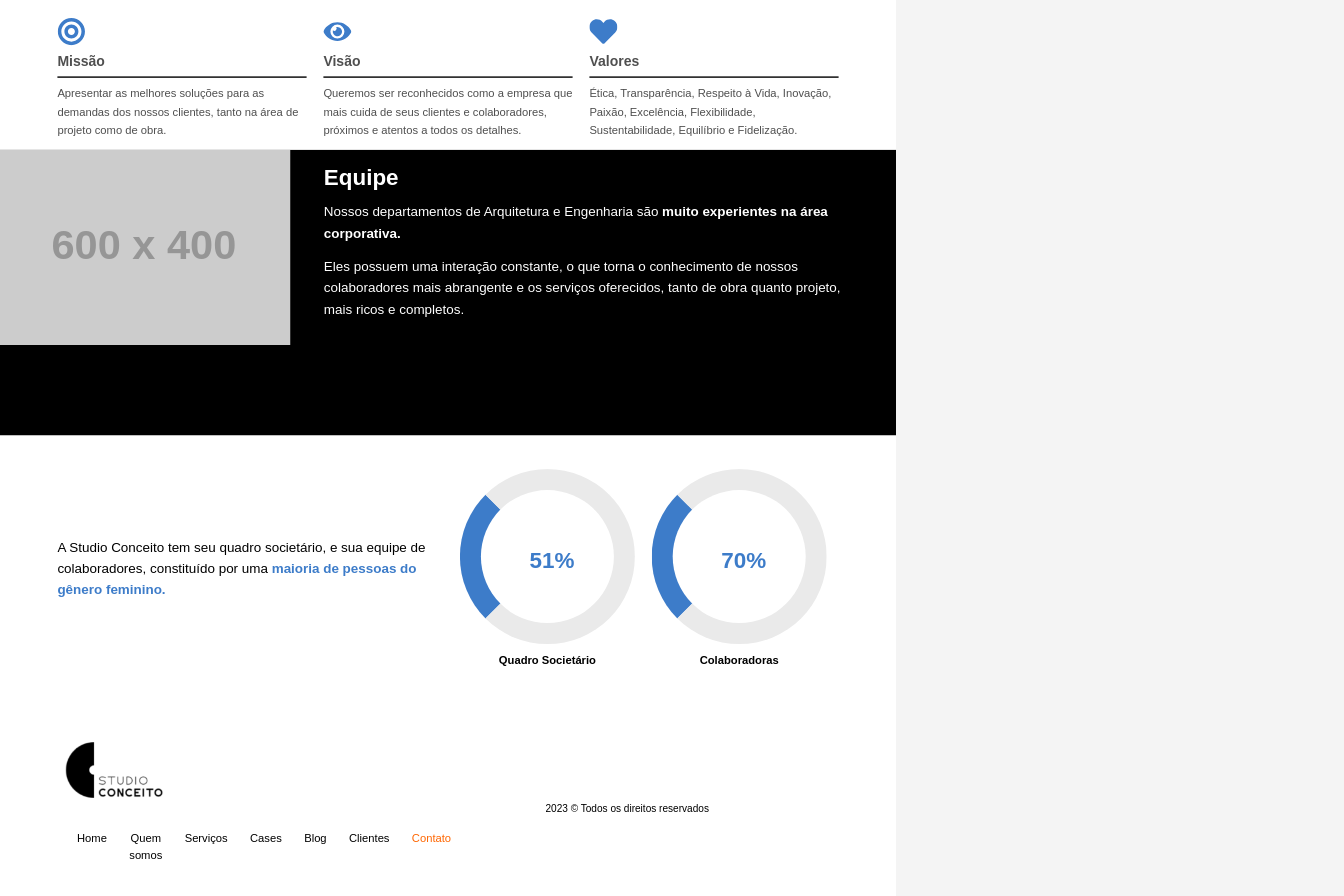
Repository: Upstairs-Agencia/studio-conceito-react
Page: /quem-somos
An editor plug-in stored every save of this project. The page is shown before and after the next save, followed by the edit.
The browser window is 1280 px wide. The page is 1920 px wide, so the pictures cover 1920 px, including what lies to the right of the window. The pictures show the part of the page from y = 2183 to 3463 px (the page is 3463 px tall), at 70% of full size.
The project was rebuilt for these pictures with package versions that can differ from the ones it lists, and the page was loaded fresh each time. Also part of the build but not shown: src/pages/Home.js, src/pages/Servicos.js, src/styles/cases.css, src/pages/Cases.js, src/pages/Blog.js, src/pages/Clientes.js, src/pages/Contato.js.

Above is the page before, as saved 2024-12-29 12:53:04.

After the next save:
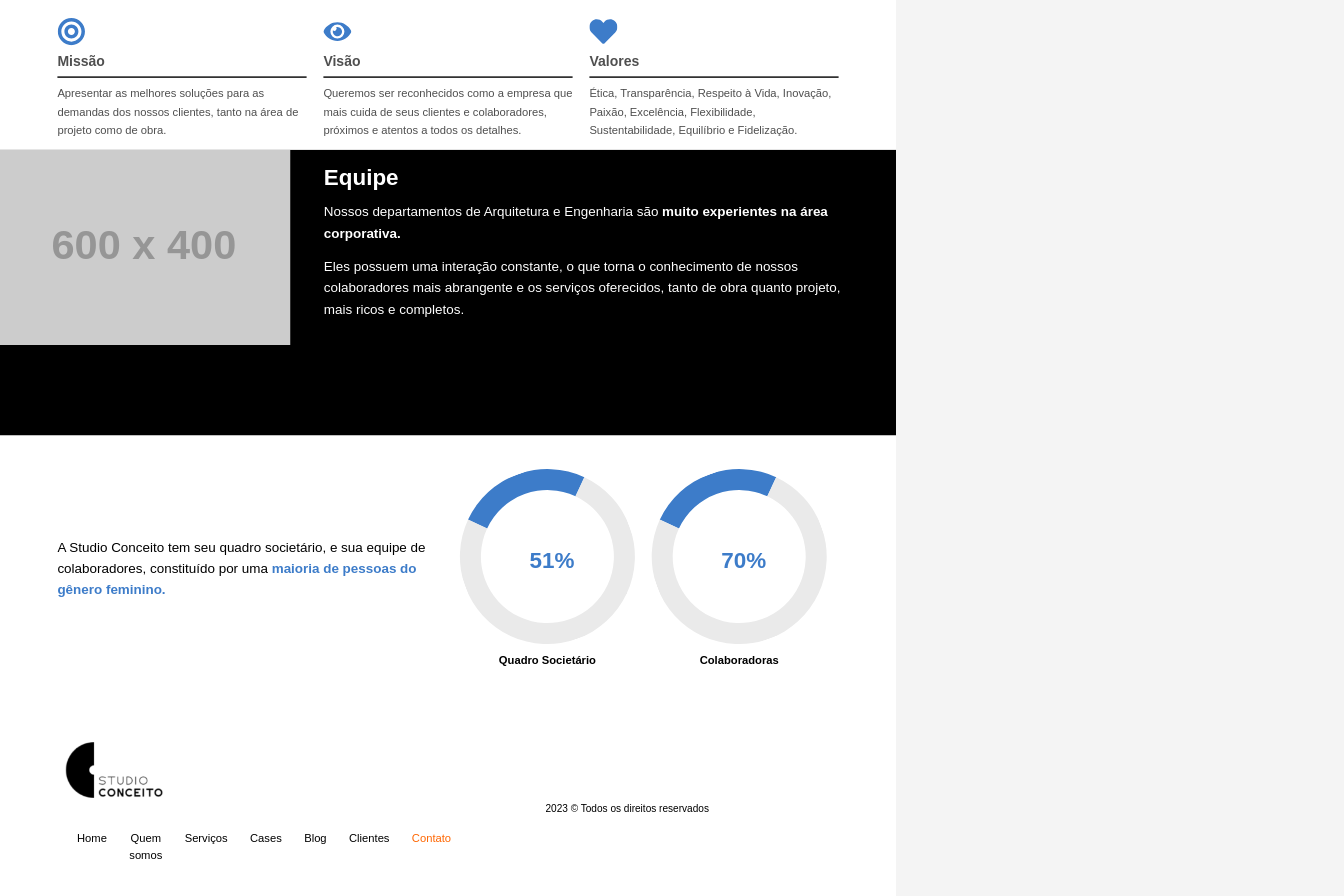
Saved 21 s later.
--- a/src/styles/quemsomos.css
+++ b/src/styles/quemsomos.css
@@ -106,7 +106,7 @@
     border-radius: 50%;
     border: 30px solid #eaeaea;
     border-top: 30px solid #3d7cc9;
-    transform: rotate(-90deg);
+    transform: rotate(-20deg);
     margin: 0 auto;
   }
 

After the save that followed:
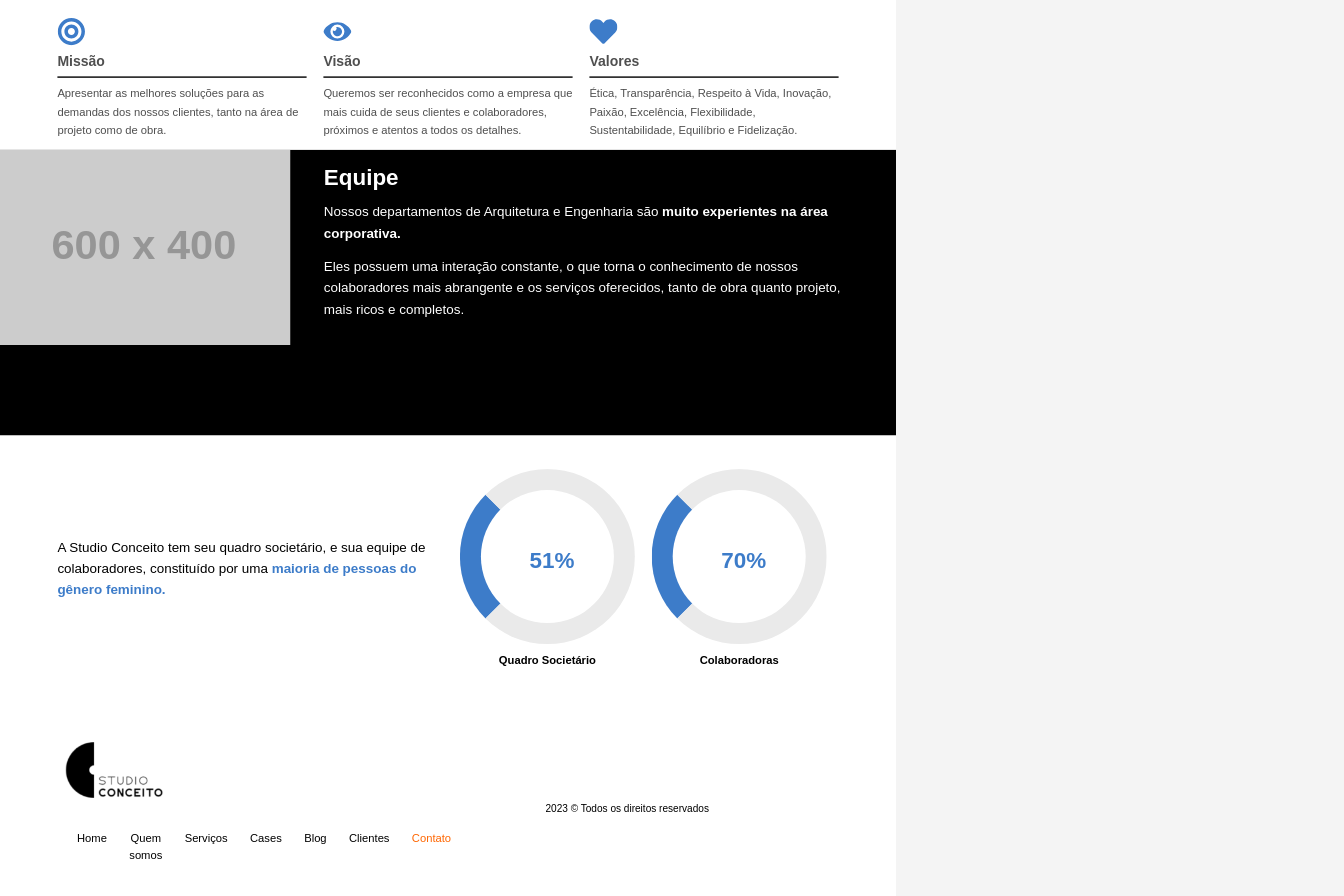
Saved 11 s later.
--- a/src/styles/quemsomos.css
+++ b/src/styles/quemsomos.css
@@ -106,7 +106,7 @@
     border-radius: 50%;
     border: 30px solid #eaeaea;
     border-top: 30px solid #3d7cc9;
-    transform: rotate(-20deg);
+    transform: rotate(-90deg);
     margin: 0 auto;
   }
 
